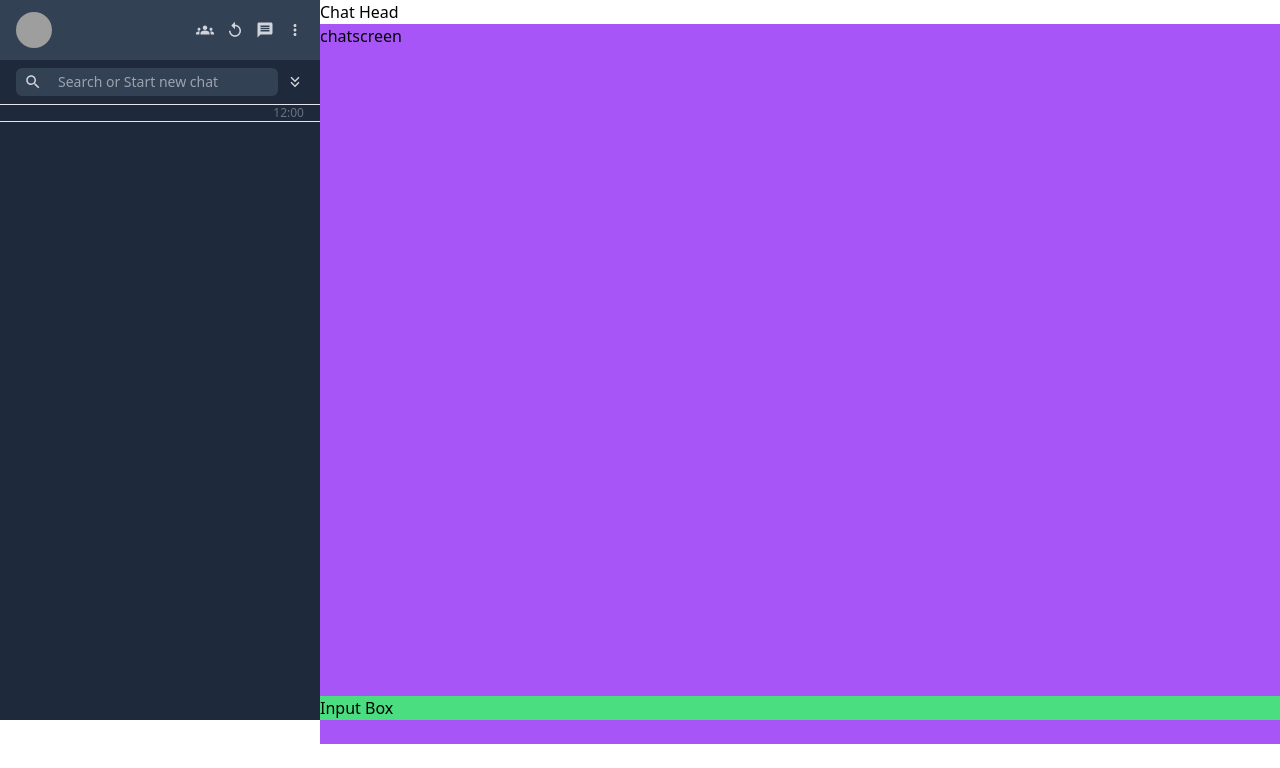
Repository: theanmol-raj/whatsapp
Page: /
An editor plug-in stored every save of this project. The page is shown before and after the next save, followed by the edit.
The browser window is 1280 px wide. The pictures show the whole page.
Pictures or frames that could not be fetched are drawn as grey boxes. The project was rebuilt for these pictures with package versions that can differ from the ones it lists, and the page was loaded fresh each time.

Above is the page before, as saved 2022-12-03 22:05:01.

### src/index.js
import React from 'react';
import ReactDOM from 'react-dom/client';
import './index.css';
import App from './App';






const root = ReactDOM.createRoot(document.getElementById('root'));

root.render(
  <App />
);

### src/App.js
import Homescreen from "./Screens/Homescreen";

function App() {

  return (
    <div className="h-screen w-screen bg-slate-900">
      <Homescreen />
      {/* LoginScreen */}
    </div>
  );
}

export default App;

### src/Screens/Homescreen.jsx
import React from 'react'
import ChatScreen from '../Components/ChatScreen'
import ContactList from '../Components/ContactList'

function Homescreen() {
  return (
    <div className=' w-full max-w-[95rem] grid grid-cols-4 h-screen bg-red-500 mx-auto'>
        {/* Contact List */}
            <ContactList />
        {/* Message Box */}
            <ChatScreen />

    </div>
  )
}

export default Homescreen

### src/Components/ChatScreen.jsx
import React from 'react'

function ChatScreen() {
  return (
    <div className=' bg-yellow-400 col-span-3 relative'>
        <div className=' w-full bg-white sticky top-0'>
                Chat Head
        </div>
        <div className=' h-full bg-purple-500'>
                chatscreen
        </div>
        <div className=' w-full sticky bottom-0 bg-green-400'>
                Input Box
        </div>
    </div>
  )
}

export default ChatScreen

### src/Components/ContactList.jsx
import React from 'react'
import GroupsIcon from '@mui/icons-material/Groups';
import ReplayIcon from '@mui/icons-material/Replay';
import MessageIcon from '@mui/icons-material/Message';
import MoreVertIcon from '@mui/icons-material/MoreVert';
import KeyboardDoubleArrowDownIcon from '@mui/icons-material/KeyboardDoubleArrowDown';
import SearchIcon from '@mui/icons-material/Search';
import ContactCard from './ContactCard';


function ContactList() {
  return (
    <div className=' bg-slate-800'>
      <div className=' flex justify-between items-center p-3 px-4 bg-slate-700'>
        <img className=' rounded-full h-9 w-9' alt='' src="https://pps.whatsapp.net/v/t61.24694-24/158723607_419193396439292_5955373819812020282_n.jpg?stp=dst-jpg_s96x96&ccb=11-4&oh=01_AdRKjHR9ktMhs2HrAksQulr5trvWOTtpB53hlyDh0ZECbw&oe=63986EC2" />
        <div className=' flex text-gray-300 text-lg space-x-3'>
          <GroupsIcon fontSize='inherit' />
          <ReplayIcon fontSize='inherit' />
          <MessageIcon fontSize='inherit' />
          <MoreVertIcon fontSize='inherit' />
        </div>

      </div>
      <div className=' flex items-center text-gray-300 px-4 py-2 text-lg space-x-2'>
        <div className='flex items-center w-full bg-slate-700 space-x-4 px-2 py-1 rounded-md'>
          <SearchIcon fontSize='inherit' />
          <input placeholder='Search or Start new chat' className=' bg-transparent text-sm w-full' />
        </div>
        <KeyboardDoubleArrowDownIcon fontSize='inherit' />
      </div>

      <div>
        <ContactCard />
      </div>

    </div>
  )
}

export default ContactList

### src/Components/ContactCard.jsx
import React from 'react'

function ContactCard() {
  return (
    <div className='  text-gray-500 border-y text-sm'>
        <div className=' flex justify-between mx-4'>
            <div>
                <div>

                </div>
                <div>


                </div>
            </div>
            <div>
                <p className='text-xs '>12:00</p>
            </div>
        </div>
    </div>
  )
}

export default ContactCard

Loaded but not shown: public/index.html (common file); src/index.css (common file); tailwind.config.js (common file)

After the next save:
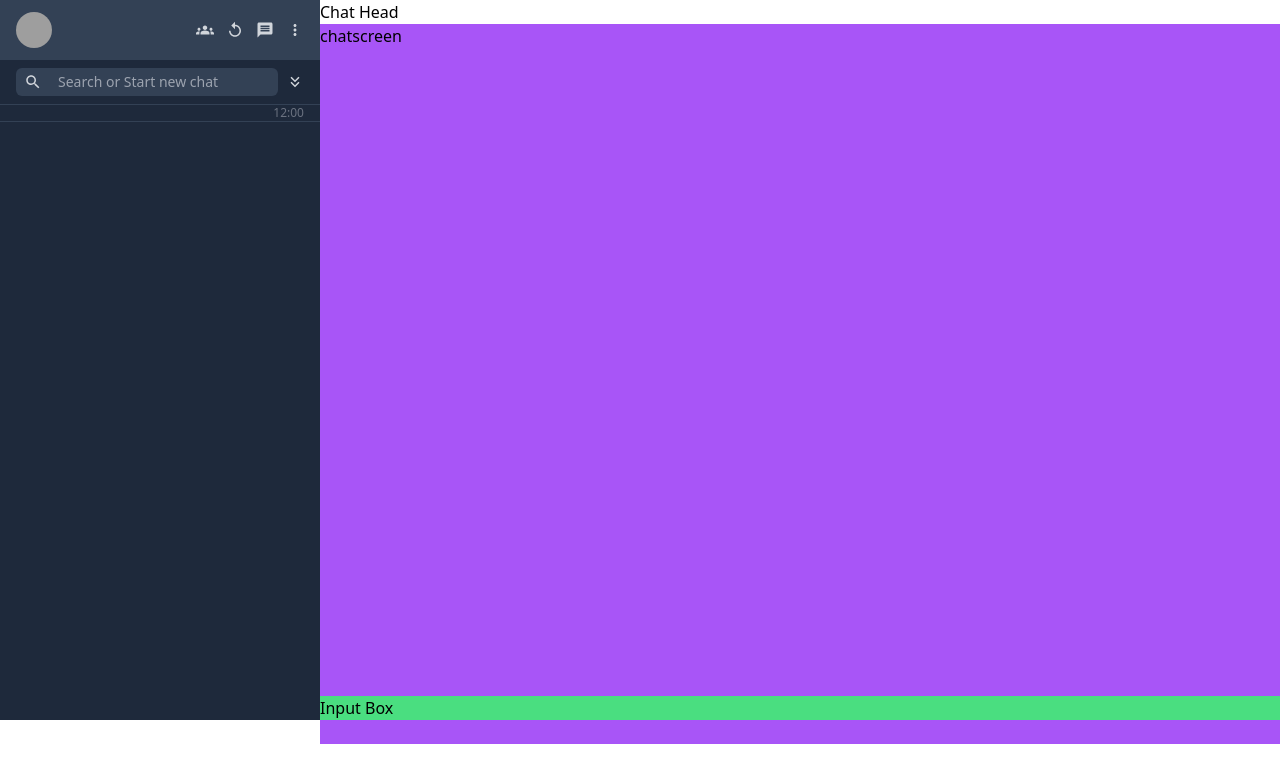
Saved 17 s later.
--- a/src/Components/ContactCard.jsx
+++ b/src/Components/ContactCard.jsx
@@ -2,7 +2,7 @@ import React from 'react'
 
 function ContactCard() {
   return (
-    <div className='  text-gray-500 border-y text-sm'>
+    <div className='  text-gray-500 border-y border-slate-700 text-sm'>
         <div className=' flex justify-between mx-4'>
             <div>
                 <div>
